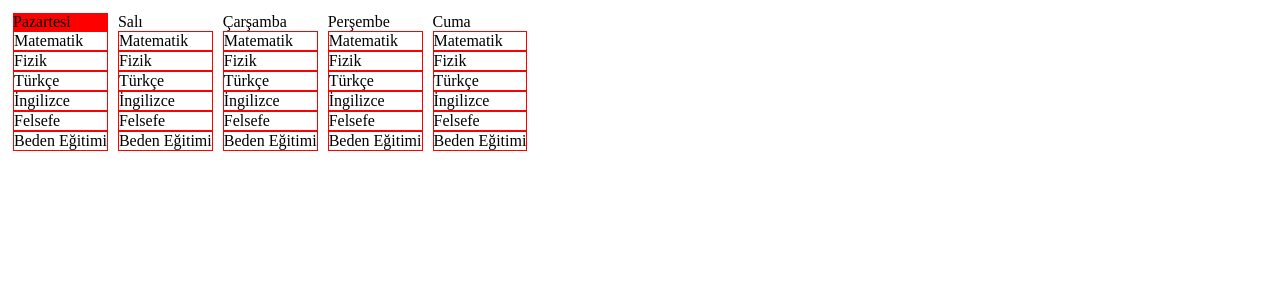
Repository: ahmetbugraozcan/css-ders-programi
Page: deneme2.html
An editor plug-in stored every save of this project. The page is shown before and after the next save, followed by the edit.
The browser window is 1280 px wide. The pictures show the whole page.

Above is the page before, as saved 2021-07-10 13:58:15.

### deneme2.html
<!DOCTYPE html>
<html>

<head>
    <style>
        .head{
            background-color: red;
        }
        .container{
            padding: 5px;
        }
        .row {
            display: flex;
            flex-direction: row;

        }
        .column > div{
            border: 1px solid red;
        }
        .row > div{
            padding: 5px;
        }

        .column {
            display: flex;
            flex-direction: column;

            width: 400;
            height: 400;
        }
    </style>
</head>

<body>
    <div class="row">
        <div>
            <div class="head"> Pazartesi</div>
            <div class="column">
                <div>Matematik</div>
                 <div>Fizik</div>
                <div>Türkçe</div>
                <div>İngilizce</div>
                <div>Felsefe</div>
                <div>Beden Eğitimi</div>
            </div>
        </div>
        <div>Salı
            <div class="column">
                <div>Matematik</div>
                <div>Fizik</div>
               <div>Türkçe</div>
               <div>İngilizce</div>
               <div>Felsefe</div>
               <div>Beden Eğitimi</div>
            </div>

        </div>
        <div>Çarşamba
            <div class="column">
                <div>Matematik</div>
                <div>Fizik</div>
               <div>Türkçe</div>
               <div>İngilizce</div>
               <div>Felsefe</div>
               <div>Beden Eğitimi</div>
            </div>
        </div>
        <div>Perşembe
            <div class="column">
                <div>Matematik</div>
                <div>Fizik</div>
               <div>Türkçe</div>
               <div>İngilizce</div>
               <div>Felsefe</div>
               <div>Beden Eğitimi</div>
            </div>
        </div>
        <div>Cuma
            <div class="column">
                <div>Matematik</div>
                <div>Fizik</div>
               <div>Türkçe</div>
               <div>İngilizce</div>
               <div>Felsefe</div>
               <div>Beden Eğitimi</div>
            </div>
        </div>
    </div>

</body>

</html>

After the next save:
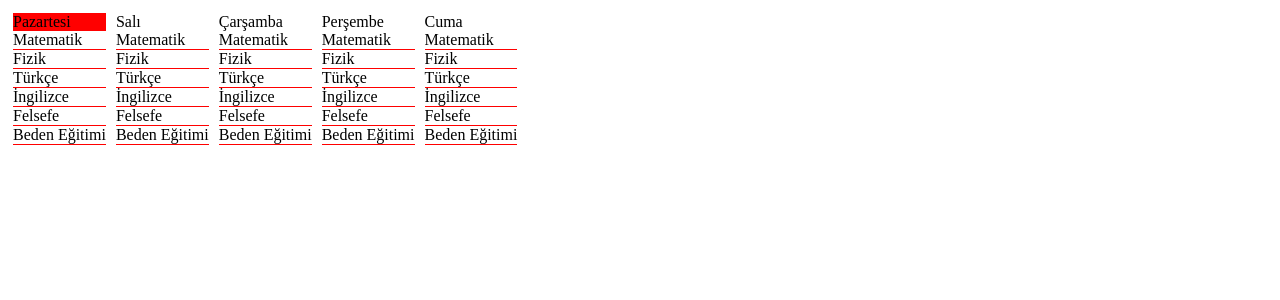
Saved 17 s later.
--- a/deneme2.html
+++ b/deneme2.html
@@ -15,7 +15,7 @@
 
         }
         .column > div{
-            border: 1px solid red;
+            border-bottom: 1px solid red;
         }
         .row > div{
             padding: 5px;
